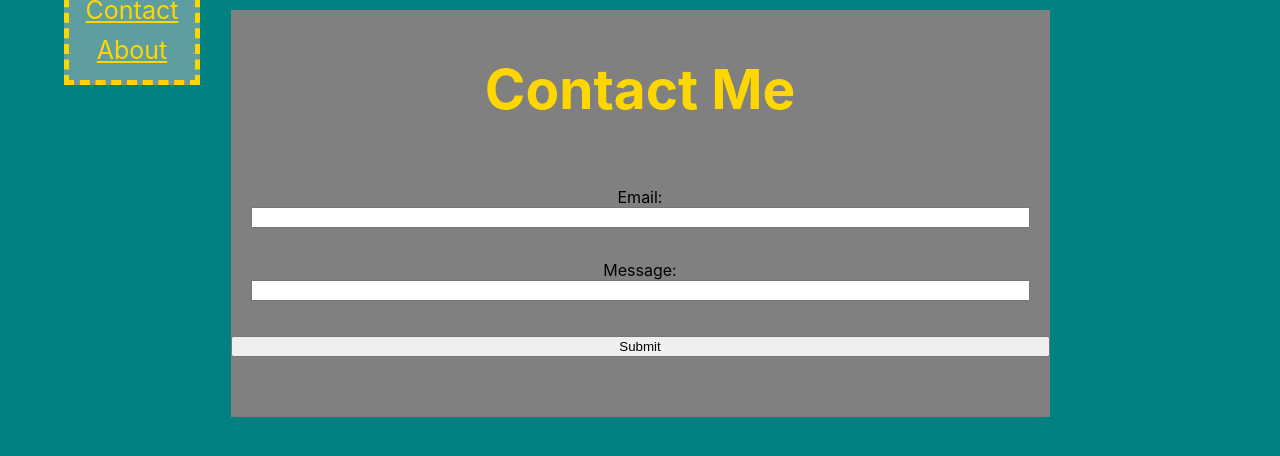
Repository: zeidalidiez/portfolioreact
Page: /Contact
The author's editor kept a copy of each file at every save. The page is drawn from the files as they stood at one save, then again after the next save.
The browser window is 1280 px wide. The pictures show the whole page.
The project was rebuilt for these pictures with package versions that can differ from the ones it lists, and the page was loaded fresh each time. Also part of the build but not shown: src/components/Thumbnail.js, src/components/Projects.js, src/components/About.js.

Above is the page before, as saved 2021-02-08 18:08:48.

After the next save:
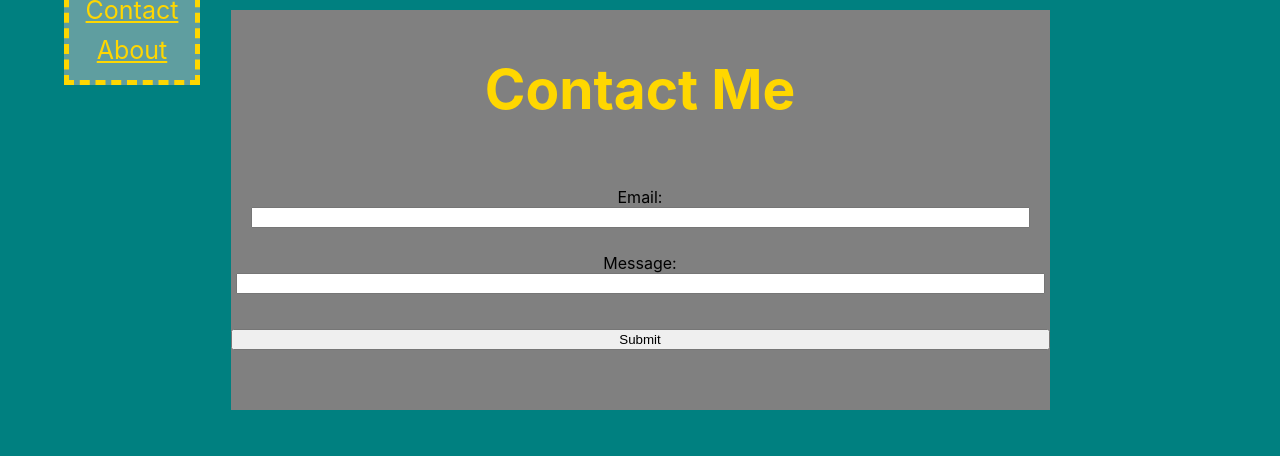
Saved 5 s later.
--- a/src/components/App.css
+++ b/src/components/App.css
@@ -114,7 +114,6 @@
 
 .messageInput {
   width: 100%;
-  padding: 12px 20px;
   padding-bottom: 35px;
   box-sizing: border-box;
 }

After the save that followed:
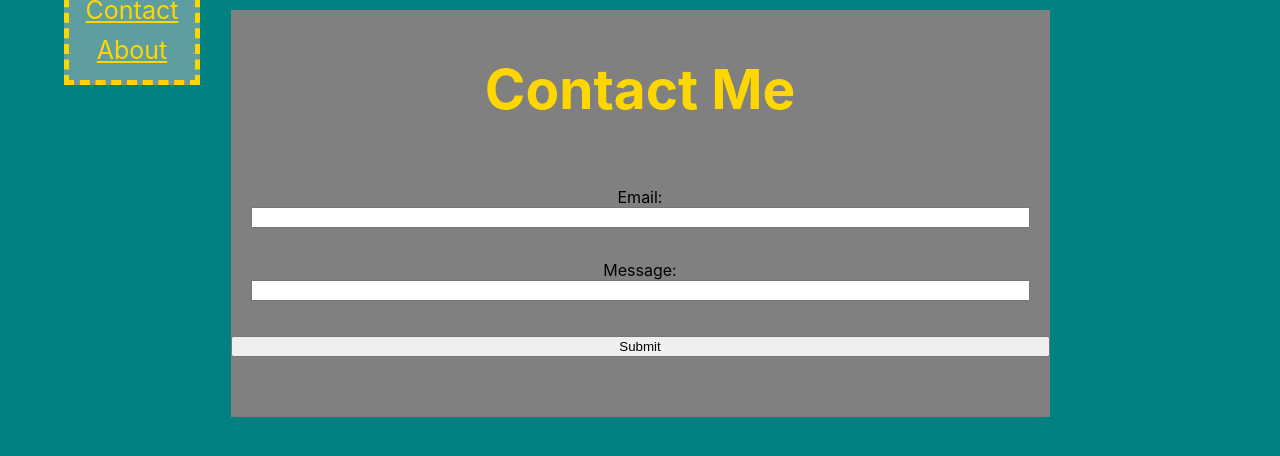
Saved 4 s later.
--- a/src/components/App.css
+++ b/src/components/App.css
@@ -114,6 +114,7 @@
 
 .messageInput {
   width: 100%;
+  padding: 12px 20px;
   padding-bottom: 35px;
   box-sizing: border-box;
 }
